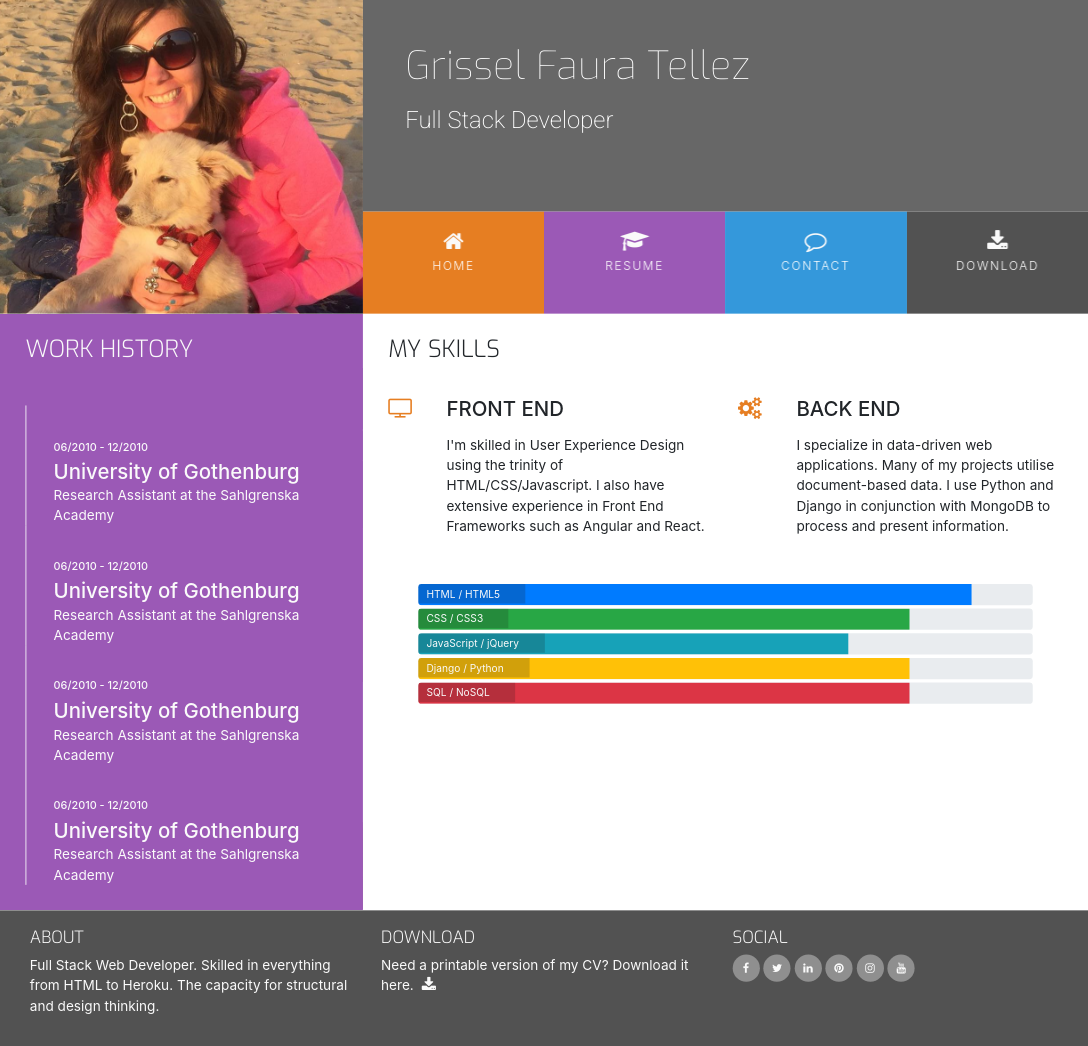
Repository: grisselfaura/Resume-Project-Introduction
Page: resume.html
The author's editor kept a record of every edit. The page is drawn from the files as they stood at one moment, then again after the next edit.
The browser window is 1280 px wide. The pictures show the whole page, at 85% of full size.

Above is the page before.

After the next edit:
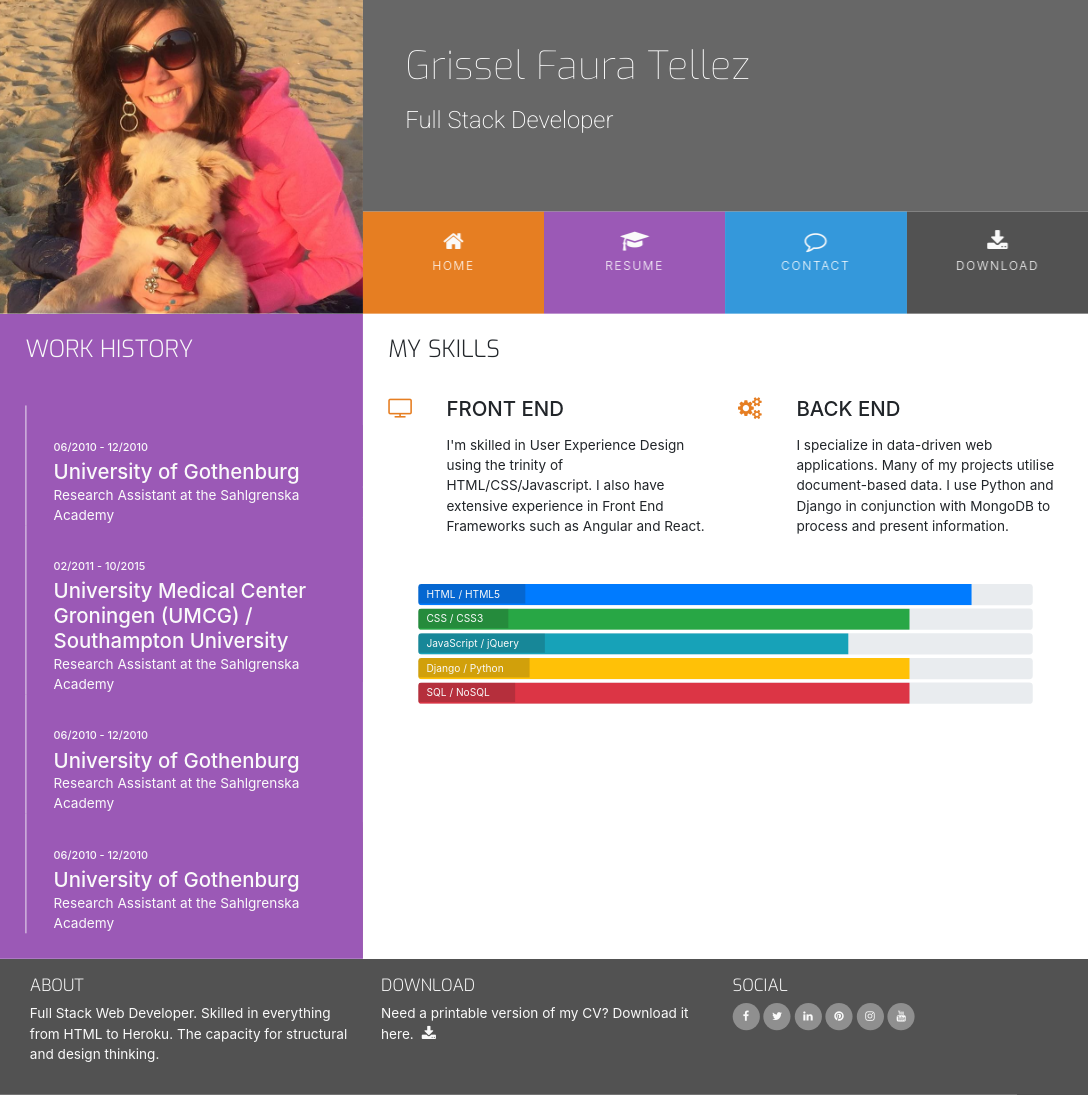
The edit:
--- a/resume.html
+++ b/resume.html
@@ -56,8 +56,8 @@
                     <h4>University of Gothenburg</h4>
                     <p>Research Assistant at the Sahlgrenska Academy</p>
                 </div>
-                <div class="timeline-item" data-dates="06/2010 - 12/2010">
-                    <h4>University of Gothenburg</h4>
+                <div class="timeline-item" data-dates="02/2011 - 10/2015">
+                    <h4>University Medical Center Groningen (UMCG) / Southampton University</h4>
                     <p>Research Assistant at the Sahlgrenska Academy</p>
                 </div>
                 <div class="timeline-item" data-dates="06/2010 - 12/2010">
